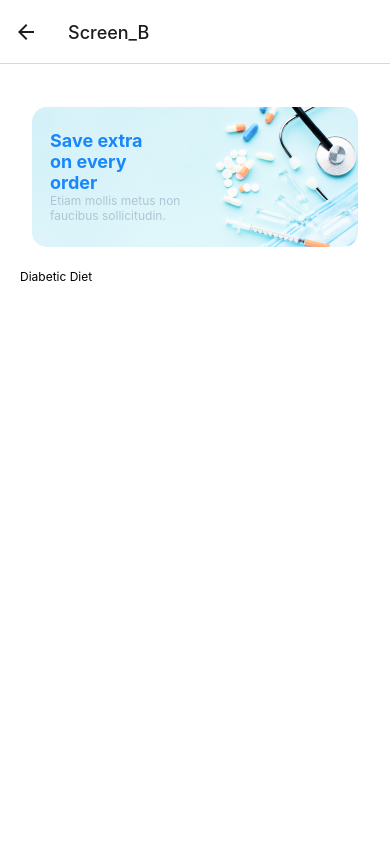
Repository: ntu34543/designReactNative
Screen: /Screen_B
The author's editor kept a copy of each file at every save. The screen is drawn from the files as they stood at one save, then again after the next save.
The app was drawn by React Native's web renderer in a window 390 px wide. The project was rebuilt for these pictures with package versions that can differ from the ones it lists, and the page was loaded fresh each time.

Above is the screen before, as saved 2022-10-18 17:02:22.

After the next save:
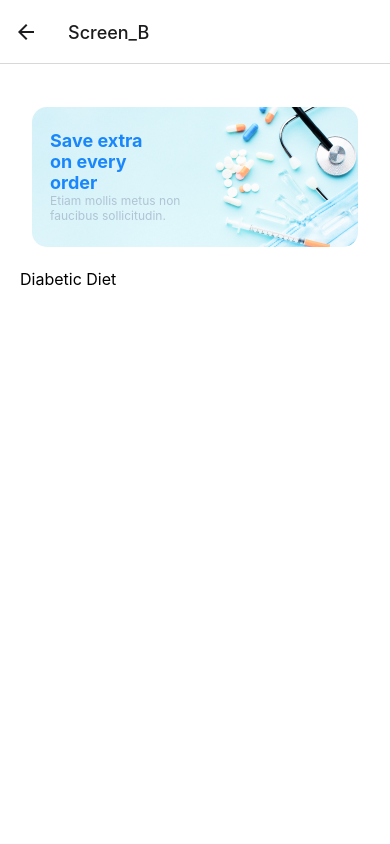
Saved 11 s later.
--- a/page/DiabetesCare.js
+++ b/page/DiabetesCare.js
@@ -72,6 +72,6 @@ const styles = StyleSheet.create({
   },
   title3: {
     position: "relative",
-    fontSize: 12,
+    fontSize: 16,
   },
 });
